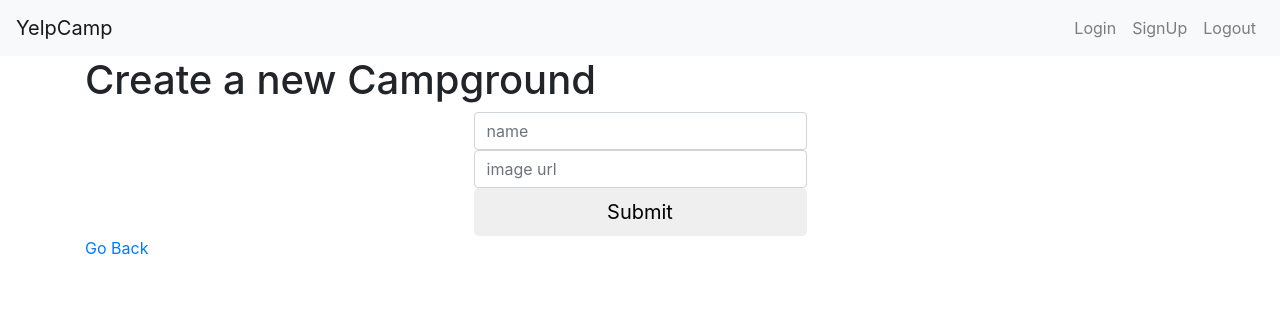
Repository: ninad1999/Yelp-Camp
Page: http://localhost/campgrounds/new
The author's editor kept a record of every edit. The page is drawn from the files as they stood at one moment, then again after the next edit.
The browser window is 1280 px wide. The pictures show the whole page.
The page is served by the project's Node server (V1/app.js).

Above is the page before.

After the next edit:
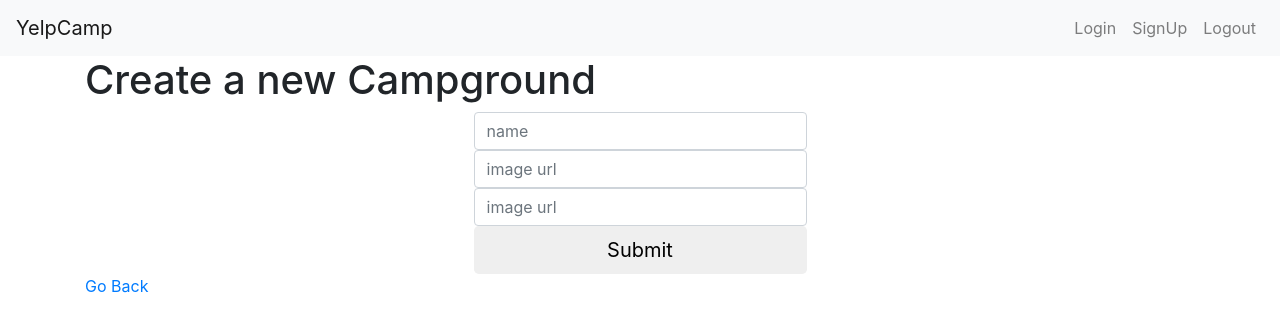
The edit:
--- a/workspace/V1/views/new.ejs
+++ b/workspace/V1/views/new.ejs
@@ -8,7 +8,9 @@
                 <div class="form=group">
                     <input class="form-control" type="text" name="name" placeholder="name">
                 </div>
-                <div class="form=group"></div>
+                <div class="form=group">
+                    <input class="form-control" type="text" name="image" placeholder="image url">
+                </div>
                 <div class="form=group"></div>
 
                 <input class="form-control" type="text" name="image" placeholder="image url">

After the edit that followed:
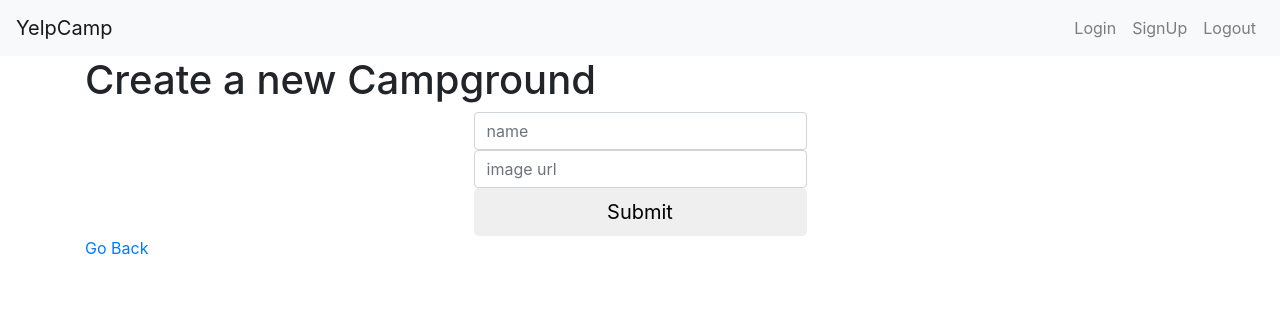
The edit:
--- a/workspace/V1/views/new.ejs
+++ b/workspace/V1/views/new.ejs
@@ -11,10 +11,9 @@
                 <div class="form=group">
                     <input class="form-control" type="text" name="image" placeholder="image url">
                 </div>
-                <div class="form=group"></div>
-
-                <input class="form-control" type="text" name="image" placeholder="image url">
-                <button class="btn btn-lg btn-default btn-block">Submit</button>
+                <div class="form=group">
+                    <button class="btn btn-lg btn-default btn-block">Submit</button>
+                </div>
             </form>
         </div>
 
